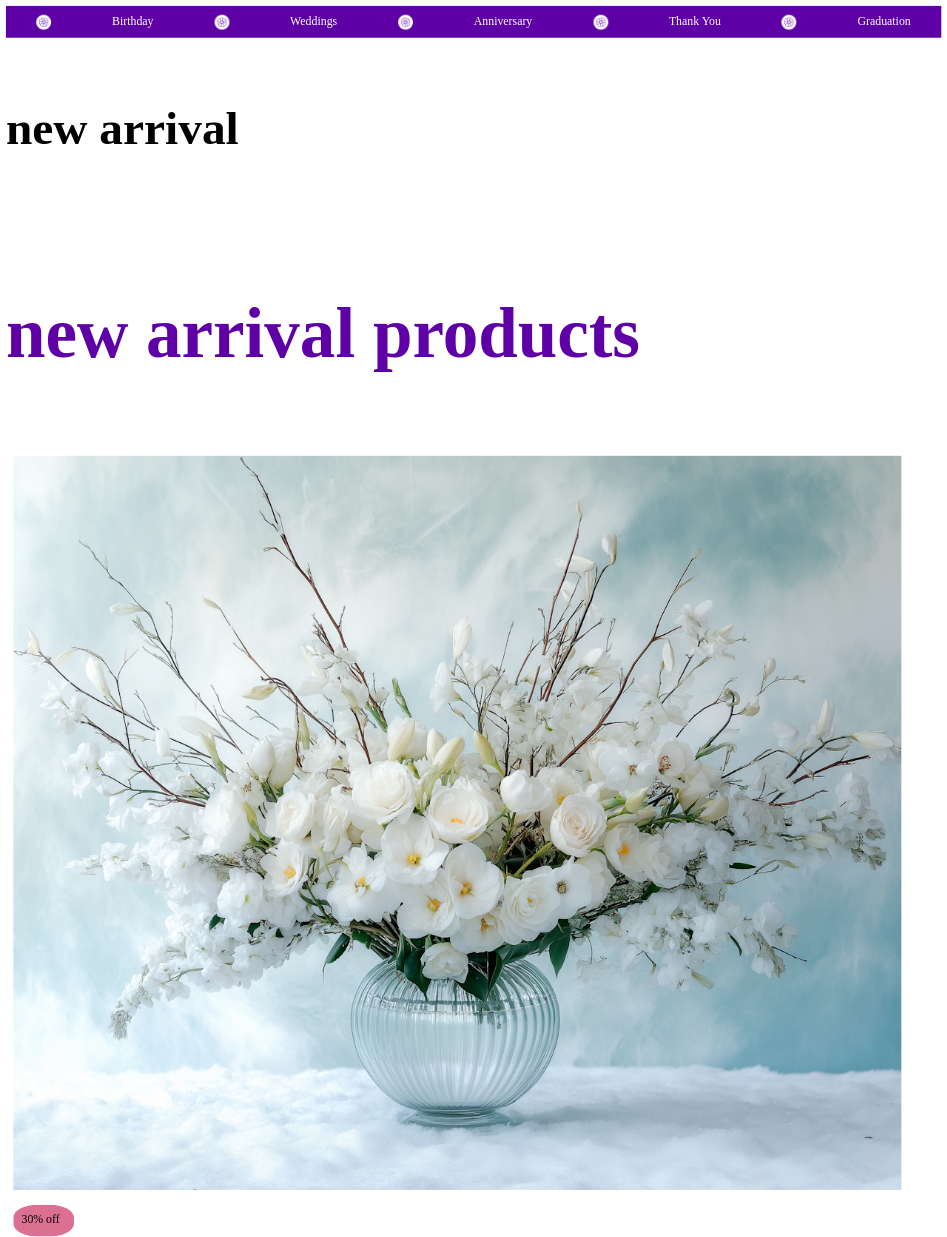
Repository: KolawoleTemilade/classroom-learning
Page: newarrival/index.html
The author's editor kept a copy of each file at every save. The page is drawn from the files as they stood at one save, then again after the next save.
The browser window is 1280 px wide. The pictures show the whole page, at 74% of full size.

Above is the page before, as saved 2025-10-01 18:06:47.

### newarrival/index.html
<!DOCTYPE html>
<html lang="en">
  <head>
    <meta charset="UTF-8" />
    <meta name="viewport" content="width=h, initial-scale=1.0" />
    <title>new arrival</title>
    <link rel="stylesheet" href="style.css" />
  </head>
  <body>
    <div class="marq-sect">
      <div class="marque">
        <img
          src="../newarrival/images/icons/marqueflower.png"
          alt="flower-icon"
          width="20"
          height="20"
        />
        <span>birthday</span>
        <img
          src="../newarrival/images/icons/marqueflower.png"
          alt="flower-icon"
          width="20"
          height="20"
        />
        <span>weddings</span>
        <img
          src="../newarrival/images/icons/marqueflower.png"
          alt="flower-icon"
          width="20"
          height="20"
        />
        <span>anniversary</span>
        <img
          src="../newarrival/images/icons/marqueflower.png"
          alt="flower-icon"
          width="20"
          height="20"
        />
        <span>thank you</span>
        <img
          src="../newarrival/images/icons/marqueflower.png"
          alt="flower-icon"
          width="20"
          height="20"
        />
        <span>graduation</span>
      </div>
    </div>
    <div class="new-arrival-sect">
      <h4>new arrival</h4>
      <h2>new arrival <span>products</span></h2>
      <div class="new-arrival-product-card">
        <div class="product-card">
          <div class="img-sect">
            <img src="./images/new-arrival/flower1.png" alt="flower1" />
            <div class="absolute-container">
              <p class="slash">30% off</p>
            </div>
          </div>
          <div class="text-sect"></div>
        </div>
      </div>
    </div>
  </body>
</html>

### newarrival/style.css
.marq-sect{
    background-color: #5E00A6;
    height:6vh;
    width: 100%;
    align-content: center;
}
.marque {
    display: flex;
    align-content: center;
    justify-content:space-around ;
}
.marque > span {
    text-transform: capitalize;
    color: white;
}
.new-arrival-sect {
    display: flex;
    flex-direction: column;
    gap: 20px;
}
.new-arrival-sect >h4{
    font-size: 4rem;
}
.new-arrival-sect > h2 {
    font-size: 6rem;
}
.new-arrival-sect > h2 {
    color: #5E00A6;
}
.product-card {
    display: flex;
    padding: 10px;
    background: white;
}
.img-sect {
    position: relative;
}
.absolute-container{
    width: 100%;
}
.slash {
    position: absolute;
    top: left;
    background: palevioletred;
    padding: 10px;
    width: 5%;
    height: 3vh;
    border: 1px solid transparent;
    border-radius: 40%;
}

After the next save:
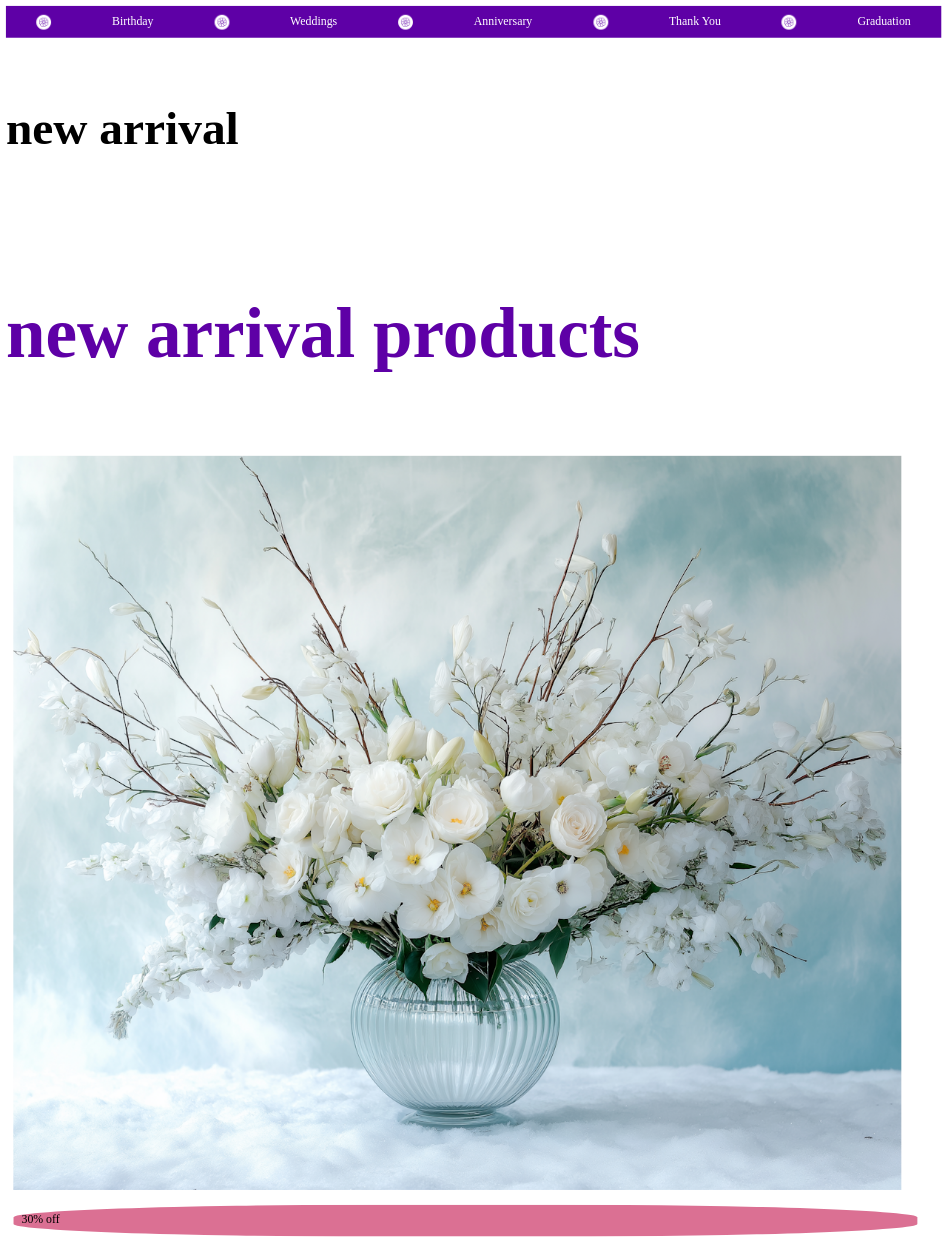
Saved 33 s later.
--- a/newarrival/style.css
+++ b/newarrival/style.css
@@ -35,7 +35,7 @@
 .img-sect {
     position: relative;
 }
-.absolute-container{
+.absolute-container > p{
     width: 100%;
 }
 .slash {

After the save that followed:
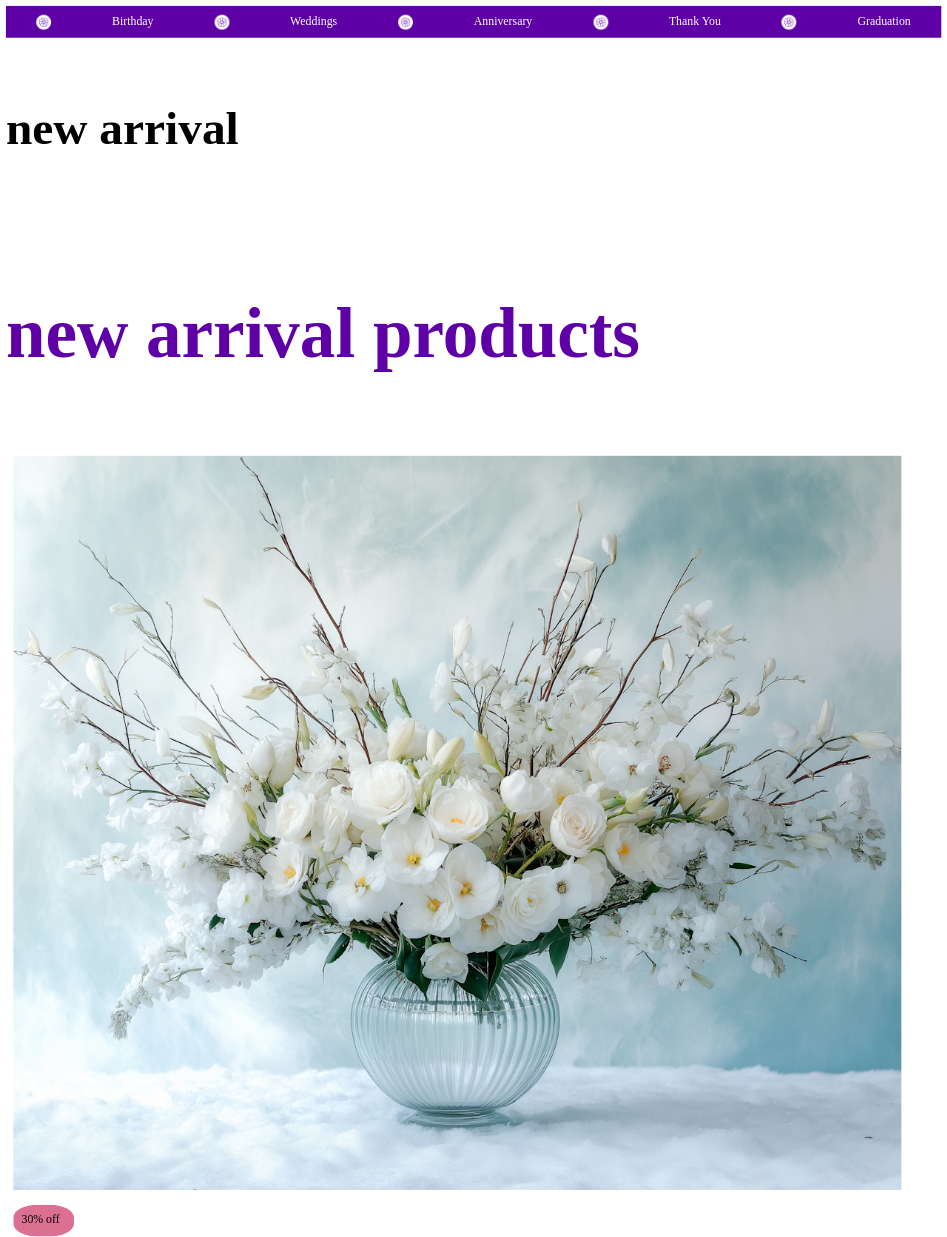
Saved 63 s later.
--- a/newarrival/style.css
+++ b/newarrival/style.css
@@ -36,7 +36,7 @@
     position: relative;
 }
 .absolute-container > p{
-    width: 100%;
+    /* width: 100%; */
 }
 .slash {
     position: absolute;
